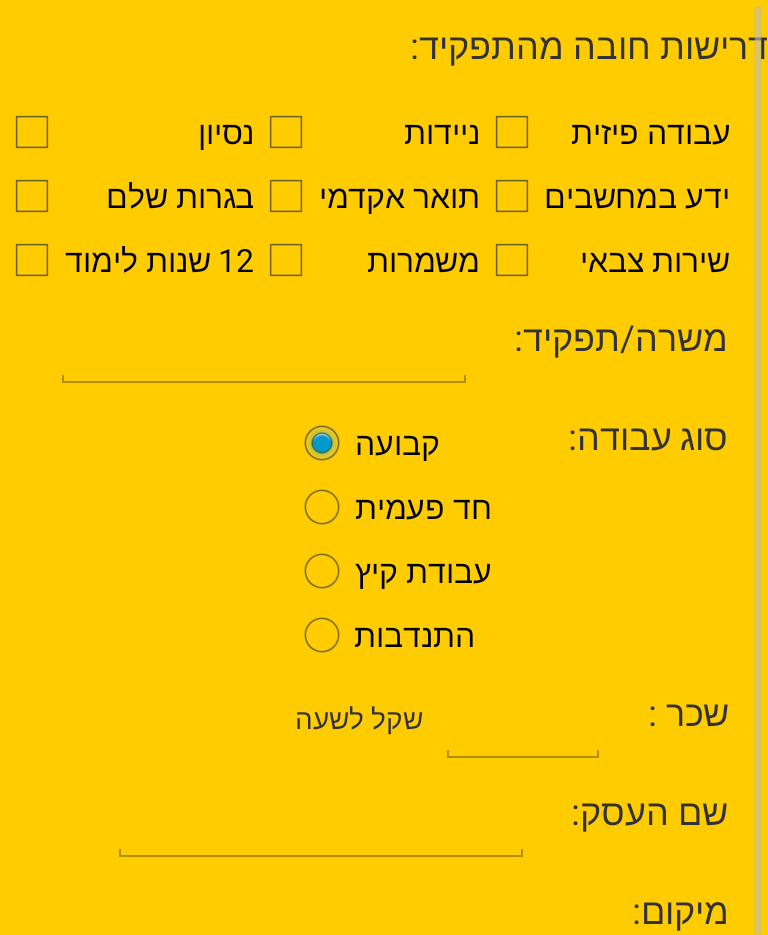
Repository: rodi055/jobli
Layout: Jobli/res/layout/fragment_create_job.xml
The author's editor kept a copy of each file at every save. The layout is drawn from the files as they stood at one save, then again after the next save.
The pictures show rows 0 to 935 of an output 1280 px tall.
Pictures or frames that could not be fetched are drawn as grey boxes. It is drawn on a 768 x 1280 px phone screen (xhdpi) without system bars, with theme AppTheme; the app's code is not run. The app's manifest (not shown) leaves right-to-left support off. So textAlignment, textDirection and layoutDirection are ignored, and left and right values win over start and end ones.

Above is the layout before, as saved 2015-01-03 14:43:54.

### Jobli/res/layout/fragment_create_job.xml
<?xml version="1.0" encoding="utf-8"?>
<LinearLayout xmlns:android="http://schemas.android.com/apk/res/android"
    xmlns:tools="http://schemas.android.com/tools"
    android:layout_width="match_parent"
    android:layout_height="match_parent"
    android:background="#FFCC00"
    android:orientation="vertical"
    tools:context=".CreateNewJobActivity" >

    <ScrollView
        android:layout_width="match_parent"
        android:layout_height="wrap_content" >

        <LinearLayout
            android:layout_width="match_parent"
            android:layout_height="wrap_content"
            android:orientation="vertical" >

            <RelativeLayout
                android:layout_width="wrap_content"
                android:layout_height="0dp"
                android:layout_marginTop="10dp"
                android:layout_weight="0.56" >

                <TextView
                    android:id="@+id/textView10"
                    android:layout_width="wrap_content"
                    android:layout_height="wrap_content"
                    android:layout_alignParentEnd="true"
                    android:layout_alignParentRight="true"
                    android:layout_alignParentTop="true"
                    android:layout_marginBottom="15dp"
                    android:text="דרישות חובה מהתפקיד:"
                    android:textSize="18sp" />

                <TableLayout
                    android:id="@+id/table1"
                    android:layout_width="wrap_content"
                    android:layout_height="wrap_content"
                    android:layout_below="@+id/textView10"
                    android:layout_alignRight="true"
                    android:layout_centerVertical="true" >

                    <TableRow
                        android:id="@+id/tableRow11"
                        android:layout_width="wrap_content"
                        android:layout_height="wrap_content" >

                        <CheckBox
                            android:id="@+id/checkBox12"
                            android:layout_width="wrap_content"
                            android:layout_height="wrap_content"
                            android:text="נסיון" />

                        <CheckBox
                            android:id="@+id/checkBox4"
                            android:layout_width="wrap_content"
                            android:layout_height="wrap_content"
                            android:text="ניידות" />

                        <CheckBox
                            android:id="@+id/checkBox42"
                            android:layout_width="wrap_content"
                            android:layout_height="wrap_content"
                            android:text="עבודה פיזית" />
                    </TableRow>

                    <TableRow
                        android:id="@+id/tableRow12"
                        android:layout_width="wrap_content"
                        android:layout_height="wrap_content" >

                        <CheckBox
                            android:id="@+id/checkBox13"
                            android:layout_width="wrap_content"
                            android:layout_height="wrap_content"
                            android:text="בגרות שלם" />

                        <CheckBox
                            android:id="@+id/checkBox2"
                            android:layout_width="wrap_content"
                            android:layout_height="wrap_content"
                            android:text="תואר אקדמי" />

                        <CheckBox
                            android:id="@+id/checkBox24"
                            android:layout_width="wrap_content"
                            android:layout_height="wrap_content"
                            android:text="ידע במחשבים" />
                    </TableRow>

                    <TableRow
                        android:id="@+id/tableRow13"
                        android:layout_width="wrap_content"
                        android:layout_height="wrap_content" >

                        <CheckBox
                            android:id="@+id/checkBox14"
                            android:layout_width="wrap_content"
                            android:layout_height="wrap_content"
                            android:text="12 שנות לימוד" />

                        <CheckBox
                            android:id="@+id/checkBox22"
                            android:layout_width="wrap_content"
                            android:layout_height="wrap_content"
                            android:text="משמרות" />

                        <CheckBox
                            android:id="@+id/checkBox23"
                            android:layout_width="wrap_content"
                            android:layout_height="wrap_content"
                            android:text="שירות צבאי" />
                    </TableRow>

                    <TableRow
                        android:id="@+id/tableRow14"
                        android:layout_width="wrap_content"
                        android:layout_height="wrap_content" >
                    </TableRow>
                </TableLayout>
            </RelativeLayout>

            <RelativeLayout
                android:layout_width="wrap_content"
                android:layout_height="wrap_content"
                android:layout_marginTop="10dp" >

                <TextView
                    android:id="@+id/textView1"
                    android:layout_width="wrap_content"
                    android:layout_height="wrap_content"
                    android:layout_alignParentEnd="true"
                    android:layout_alignParentRight="true"
                    android:layout_alignParentTop="true"
                    android:layout_marginEnd="20dp"
                    android:layout_marginRight="20dp"
                    android:text="משרה/תפקיד:"
                    android:textSize="18sp" />

                <EditText
                    android:id="@+id/editText1"
                    android:layout_width="wrap_content"
                    android:layout_height="wrap_content"
                    android:layout_alignTop="@+id/textView1"
                    android:layout_marginEnd="20dp"
                    android:layout_marginRight="20dp"
                    android:layout_toLeftOf="@+id/textView1"
                    android:layout_toStartOf="@+id/textView1"
                    android:ems="10"
                    android:inputType="text"
                    android:maxLines="1" />
            </RelativeLayout>

            <RelativeLayout
                android:layout_width="wrap_content"
                android:layout_height="wrap_content"
                android:layout_marginTop="10dp" >

                <TextView
                    android:id="@+id/textView2"
                    android:layout_width="wrap_content"
                    android:layout_height="wrap_content"
                    android:layout_alignParentEnd="true"
                    android:layout_alignParentRight="true"
                    android:layout_alignParentTop="true"
                    android:layout_marginEnd="20dp"
                    android:layout_marginRight="20dp"
                    android:text="סוג עבודה:"
                    android:textSize="18sp" />

                <RadioGroup
                    android:id="@+id/radioGroup1"
                    android:layout_width="wrap_content"
                    android:layout_height="wrap_content"
                    android:layout_alignParentTop="true"
                    android:layout_marginEnd="38dp"
                    android:layout_marginRight="38dp"
                    android:layout_toLeftOf="@+id/textView2" >

                    <RadioButton
                        android:id="@+id/radio0"
                        android:layout_width="wrap_content"
                        android:layout_height="wrap_content"
                        android:checked="true"
                        android:text="קבועה" />

                    <RadioButton
                        android:id="@+id/radio1"
                        android:layout_width="wrap_content"
                        android:layout_height="wrap_content"
                        android:text="חד פעמית" />

                    <RadioButton
                        android:id="@+id/radio2"
                        android:layout_width="wrap_content"
                        android:layout_height="wrap_content"
                        android:text="עבודת קיץ" />

                    <RadioButton
                        android:id="@+id/radio3"
                        android:layout_width="wrap_content"
                        android:layout_height="wrap_content"
                        android:text="התנדבות" />
                </RadioGroup>
            </RelativeLayout>

            <RelativeLayout
                android:layout_width="wrap_content"
                android:layout_height="wrap_content"
                android:layout_marginTop="10dp" >

                <TextView
                    android:id="@+id/textView8"
                    android:layout_width="wrap_content"
                    android:layout_height="wrap_content"
                    android:layout_alignParentEnd="true"
                    android:layout_alignParentRight="true"
                    android:layout_alignParentTop="true"
                    android:layout_marginEnd="20dp"
                    android:layout_marginRight="20dp"
                    android:text="שכר :"
                    android:textSize="18sp" />

                <EditText
                    android:id="@+id/editText8"
                    android:layout_width="wrap_content"
                    android:layout_height="wrap_content"
                    android:layout_alignTop="@+id/textView8"
                    android:layout_marginEnd="20dp"
                    android:layout_marginRight="20dp"
                    android:layout_toLeftOf="@+id/textView8"
                    android:ems="4"
                    android:inputType="numberDecimal"
                    android:maxLines="1"
                    android:singleLine="true" />

                <TextView
                    android:id="@+id/textView9"
                    android:layout_width="wrap_content"
                    android:layout_height="wrap_content"
                    android:layout_alignBottom="@+id/textView8"
                    android:layout_marginRight="8dp"
                    android:layout_toLeftOf="@+id/editText8"
                    android:text="שקל לשעה" />
            </RelativeLayout>

            <RelativeLayout
                android:layout_width="wrap_content"
                android:layout_height="wrap_content"
                android:layout_marginTop="10dp" >

                <TextView
                    android:id="@+id/textView3"
                    android:layout_width="wrap_content"
                    android:layout_height="wrap_content"
                    android:layout_alignParentEnd="true"
                    android:layout_alignParentRight="true"
                    android:layout_alignParentTop="true"
                    android:layout_marginEnd="20dp"
                    android:layout_marginRight="20dp"
                    android:text="שם העסק:"
                    android:textSize="18sp" />

                <EditText
                    android:id="@+id/editText3"
                    android:layout_width="wrap_content"
                    android:layout_height="wrap_content"
                    android:layout_alignTop="@+id/textView3"
                    android:layout_marginEnd="20dp"
                    android:layout_marginRight="20dp"
                    android:layout_toLeftOf="@+id/textView3"
                    android:ems="10"
                    android:maxLines="1"
                    android:singleLine="true" />
            </RelativeLayout>

            <RelativeLayout
                android:layout_width="wrap_content"
                android:layout_height="wrap_content"
                android:layout_marginTop="10dp" >

                <TextView
                    android:id="@+id/textView4"
                    android:layout_width="wrap_content"
                    android:layout_height="wrap_content"
                    android:layout_alignParentEnd="true"
                    android:layout_alignParentRight="true"
                    android:layout_alignParentTop="true"
                    android:layout_marginEnd="20dp"
                    android:layout_marginRight="20dp"
                    android:text="מיקום:"
                    android:textSize="18sp" />
            </RelativeLayout>

            <fragment
                android:id="@+id/My_map"
                android:layout_width="match_parent"
                android:layout_height="120dp"
                android:layout_marginBottom="20dp"
                class="com.google.android.gms.maps.MapFragment" />

            <RelativeLayout
                android:layout_width="wrap_content"
                android:layout_height="wrap_content"
                android:layout_marginTop="10dp" >

                <TextView
                    android:id="@+id/textView5"
                    android:layout_width="wrap_content"
                    android:layout_height="wrap_content"
                    android:layout_alignParentEnd="true"
                    android:layout_alignParentRight="true"
                    android:layout_alignParentTop="true"
                    android:layout_marginEnd="20dp"
                    android:layout_marginRight="20dp"
                    android:text="שם איש קשר:"
                    android:textSize="18sp" />

                <EditText
                    android:id="@+id/editText5"
                    android:layout_width="wrap_content"
                    android:layout_height="wrap_content"
                    android:layout_alignTop="@+id/textView5"
                    android:layout_marginEnd="20dp"
                    android:layout_marginRight="20dp"
                    android:layout_toLeftOf="@+id/textView5"
                    android:layout_toStartOf="@+id/textView5"
                    android:ems="10"
                    android:inputType="textPersonName"
                    android:maxLines="1"
                    android:singleLine="true" />
            </RelativeLayout>

            <RelativeLayout
                android:layout_width="wrap_content"
                android:layout_height="wrap_content"
                android:layout_marginTop="10dp" >

                <TextView
                    android:id="@+id/textView6"
                    android:layout_width="wrap_content"
                    android:layout_height="wrap_content"
                    android:layout_alignParentEnd="true"
                    android:layout_alignParentRight="true"
                    android:layout_alignParentTop="true"
                    android:layout_marginEnd="20dp"
                    android:layout_marginRight="20dp"
                    android:text="איימיל:"
                    android:textSize="18sp" />

                <EditText
                    android:id="@+id/editText6"
                    android:layout_width="wrap_content"
                    android:layout_height="wrap_content"
                    android:layout_alignTop="@+id/textView6"
                    android:layout_marginEnd="20dp"
                    android:layout_marginRight="20dp"
                    android:layout_toLeftOf="@+id/textView6"
                    android:layout_toStartOf="@+id/textView6"
                    android:ems="10"
                    android:inputType="textEmailAddress"
                    android:maxLines="1"
                    android:singleLine="true" />
            </RelativeLayout>

            <RelativeLayout
                android:layout_width="wrap_content"
                android:layout_height="wrap_content"
                android:layout_marginTop="10dp"
                android:contentDescription="@android:string/emptyPhoneNumber" >

                <TextView
                    android:id="@+id/textView7"
                    android:layout_width="wrap_content"
                    android:layout_height="wrap_content"
                    android:layout_alignParentEnd="true"
                    android:layout_alignParentRight="true"
                    android:layout_alignParentTop="true"
                    android:layout_marginEnd="20dp"
                    android:layout_marginRight="20dp"
                    android:text="מספר טלפון:"
                    android:textSize="18sp" />

                <EditText
                    android:id="@+id/editText7"
                    android:layout_width="wrap_content"
                    android:layout_height="wrap_content"
                    android:layout_alignTop="@+id/textView7"
                    android:layout_marginEnd="20dp"
                    android:layout_marginRight="20dp"
                    android:layout_toLeftOf="@+id/textView7"
                    android:layout_toStartOf="@+id/textView7"
                    android:ems="10"
                    android:inputType="phone"
                    android:maxLines="1"
                    android:singleLine="true" />

                <CheckBox
                    android:id="@+id/checkBox1"
                    android:layout_width="wrap_content"
                    android:layout_height="wrap_content"
                    android:layout_alignParentRight="true"
                    android:layout_below="@id/textView7"
                    android:text="אל תציג מספר טלפון"
                    android:textSize="12sp" />
            </RelativeLayout>

            <RelativeLayout
                android:layout_width="wrap_content"
                android:layout_height="wrap_content"
                android:layout_marginTop="10dp" >

                <TextView
                    android:id="@+id/textView11"
                    android:layout_width="wrap_content"
                    android:layout_height="wrap_content"
                    android:layout_alignParentEnd="true"
                    android:layout_alignParentRight="true"
                    android:layout_alignParentTop="true"
                    android:layout_marginEnd="20dp"
                    android:layout_marginRight="20dp"
                    android:text="הערות נוספות:"
                    android:textSize="18sp" />

                <EditText
                    android:id="@+id/editText11"
                    android:layout_width="wrap_content"
                    android:layout_height="wrap_content"
                    android:layout_alignTop="@+id/textView11"
                    android:layout_marginEnd="20dp"
                    android:layout_marginRight="20dp"
                    android:layout_toLeftOf="@+id/textView11"
                    android:layout_toStartOf="@+id/textView11"
                    android:ems="10"
                    android:inputType="text"
                    android:maxLines="4"
                    android:singleLine="false" />
            </RelativeLayout>

            <LinearLayout
                android:id="@+id/linearLayout1"
                style="?android:attr/buttonBarStyle"
                android:layout_width="match_parent"
                android:layout_height="wrap_content"
                android:layout_alignParentBottom="true"
                android:orientation="horizontal" >

                <Button
                    android:id="@+id/cancel_button"
                    style="?android:attr/buttonBarButtonStyle"
                    android:layout_width="0dp"
                    android:layout_height="wrap_content"
                    android:layout_weight="1"
                    android:paddingLeft="4dp"
                    android:paddingRight="4dp"
                    android:text="ביטול" />

                <Button
                    android:id="@+id/add_button"
                    style="?android:attr/buttonBarButtonStyle"
                    android:layout_width="0dp"
                    android:layout_height="wrap_content"
                    android:layout_weight="1"
                    android:paddingLeft="4dp"
                    android:paddingRight="4dp"
                    android:text="פרסם" />
            </LinearLayout>
        </LinearLayout>
    </ScrollView>

</LinearLayout>

Loaded but not shown: Jobli/res/values/styles.xml (common file); Jobli/res/values-v11/styles.xml (common file); Jobli/res/values-v14/styles.xml (common file)

After the next save:
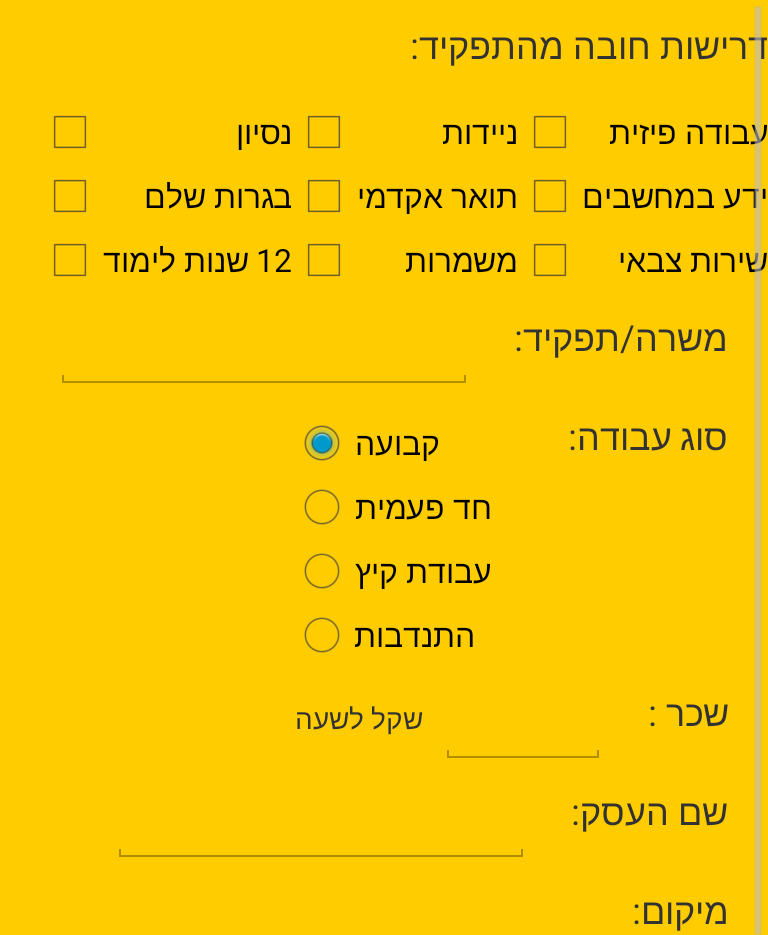
Saved 18 s later.
--- a/Jobli/res/layout/fragment_create_job.xml
+++ b/Jobli/res/layout/fragment_create_job.xml
@@ -38,7 +38,7 @@
                     android:layout_width="wrap_content"
                     android:layout_height="wrap_content"
                     android:layout_below="@+id/textView10"
-                    android:layout_alignRight="true"
+                    android:layout_alignParentRight="true"
                     android:layout_centerVertical="true" >
 
                     <TableRow
